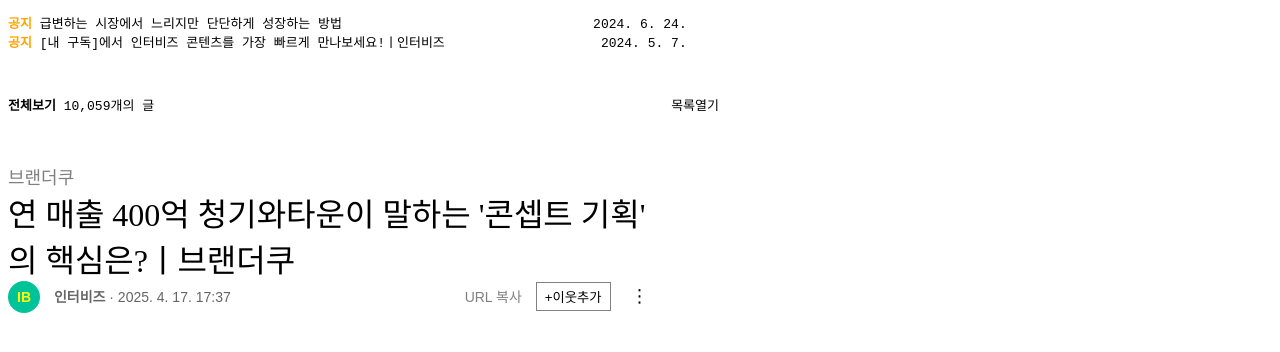
Repository: msgggg1/webPro
Page: webPro/src/main/webapp/html/days02/ex11.html
These files come from the project's save history. The page is drawn as it stood at one moment and after the next save; the edit follows.
The browser window is 1280 px wide. The pictures show the whole page.

Above is the page before, as saved 2025-04-22 15:17:14.

After the next save:
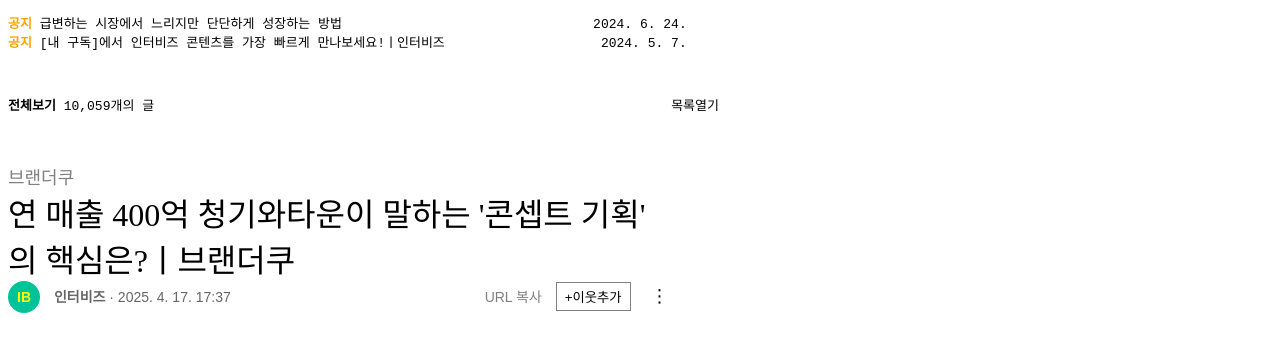
Saved 5 s later.
--- a/webPro/src/main/webapp/html/days02/ex11.html
+++ b/webPro/src/main/webapp/html/days02/ex11.html
@@ -50,7 +50,7 @@
   <b>인터비즈</b> · 2025. 4. 17. 17:37
 </span>
 
-<a href="#" style="margin-left: 230px; color: gray; text-decoration: none;">URL 복사</a>
+<a href="#" style="margin-left: 250px; color: gray; text-decoration: none;">URL 복사</a>
 
 <button style="margin-left: 10px; border: 1px solid gray; padding: 4px 8px; background: white; cursor: pointer;">
   +이웃추가
